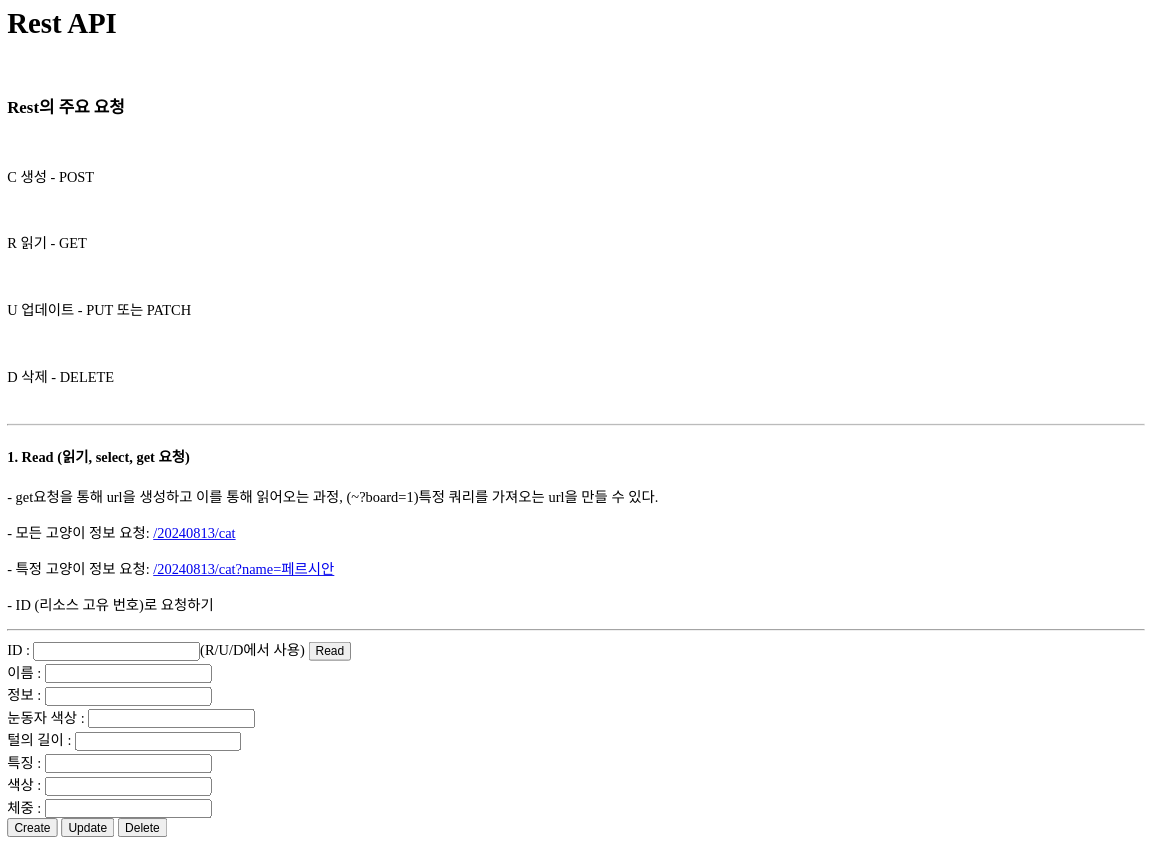
Repository: bus94/fullstack_part4
Page: http://localhost/20240813/WEB-INF/views/home.jsp
An editor plug-in stored every save of this project. The page is shown before and after the next save, followed by the edit.
The browser window is 1280 px wide. The pictures show the whole page, at 90% of full size.
The page is served by Tomcat 9. Nobody is signed in. Other server files are loaded and not shown. The template is opened directly, without the code that normally fills it, so the values that code supplies are empty.

Above is the page before, as saved 2024-08-13 02:46:41.

### 20240813/src/main/webapp/WEB-INF/views/home.jsp
<%@ page language="java" contentType="text/html; charset=UTF-8"
	pageEncoding="UTF-8"%>
<%@ page session="false"%>

<%@ taglib prefix="c" uri="http://java.sun.com/jsp/jstl/core"%>
<%@ taglib prefix="fn" uri="http://java.sun.com/jsp/jstl/functions"%>
<%@ taglib prefix="fmt" uri="http://java.sun.com/jsp/jstl/fmt"%>
<c:set var="path" value="${pageContext.request.contextPath }" />
<html>
<head>
<title>Home</title>
<script src="https://code.jquery.com/jquery-3.6.0.js"></script>
</head>
<body>
	<h1>Rest API</h1>
	<br>
	<h3>Rest의 주요 요청</h3>
	<br>
	<p>C 생성 - POST</p>
	<br>
	<p>R 읽기 - GET</p>
	<br>
	<p>U 업데이트 - PUT 또는 PATCH</p>
	<br>
	<p>D 삭제 - DELETE</p>
	<br>
	<hr>

	<h4>1. Read (읽기, select, get 요청)</h4>
	<p>- get요청을 통해 url을 생성하고 이를 통해 읽어오는 과정, (~?board=1)특정 쿼리를 가져오는 url을
		만들 수 있다.</p>
	<p>
		- 모든 고양이 정보 요청: <a href="${path}/cat">${path}/cat</a>
	</p>
	<p>
		- 특정 고양이 정보 요청: <a href="${path}/cat?name=페르시안">${path}/cat?name=페르시안</a>
	</p>
	<p>
		- ID (리소스 고유 번호)로 요청하기 <a href="${path}/cat/1"></a>
	</p>

	<hr>

	ID :
	<input type="text" id='id'>(R/U/D에서 사용)
	<button id="readRequest">Read</button>
	<br> 이름 :
	<input type="text" id="name">
	<br> 정보 :
	<input type="text" id="info">
	<br> 눈동자 색상 :
	<input type="text" id="eyeColor">
	<br> 털의 길이 :
	<input type="text" id="hairLength">
	<br> 특징 :
	<input type="text" id="features">
	<br> 색상 :
	<input type="text" id="color">
	<br> 체중 :
	<input type="text" id="weight">
	<br>
	<button id="createRequest">Create</button>
	<button id="updateRequest">Update</button>
	<button id="deleteRequest">Delete</button>
	<div id="div1"></div>

	<script>
		$('#readRequest').click(() => {
			// input id값 가져오기
			let id = $('#id').val();
			$.ajax({
				method: 'get',
				url: '${path}/catWeb/' + id,
				contentType: 'application/json',
				dataType: 'json',
				success: (result)=>{
					alert('get 성공!!');
					$('#div1').html(JSON.stringify(result));
				},
				error: (e)=>{
					alert('전송 실패!!');
				}
			});
		});

		// create 버튼 클릭 시 실행
		$('#createRequest').click(() => {
			let name = $('#name').val();
			let info = $('#info').val();
			let eyeColor = $('#eyeColor').val();
			let hairLength = $('#hairLength').val();
			let features = $('#features').val();
			let color = $('#color').val();
			let weight = $('#weight').val();
			$.ajax({
				method: 'post',
				url: '${path}/catWeb/',
				contentType: 'application/json',
				dataType: 'json',
				data: JSON.stringify({name, info, eyeColor, hairLength, features, color, weight}),
				success: (result)=>{
					alert('create 성공!!');
					$('#div1').html(JSON.stringify(result));
				},
				error: (e)=>{
					alert('전송 실패!!');
				}
			});
		});
	</script>
</body>
</html>

After the next save:
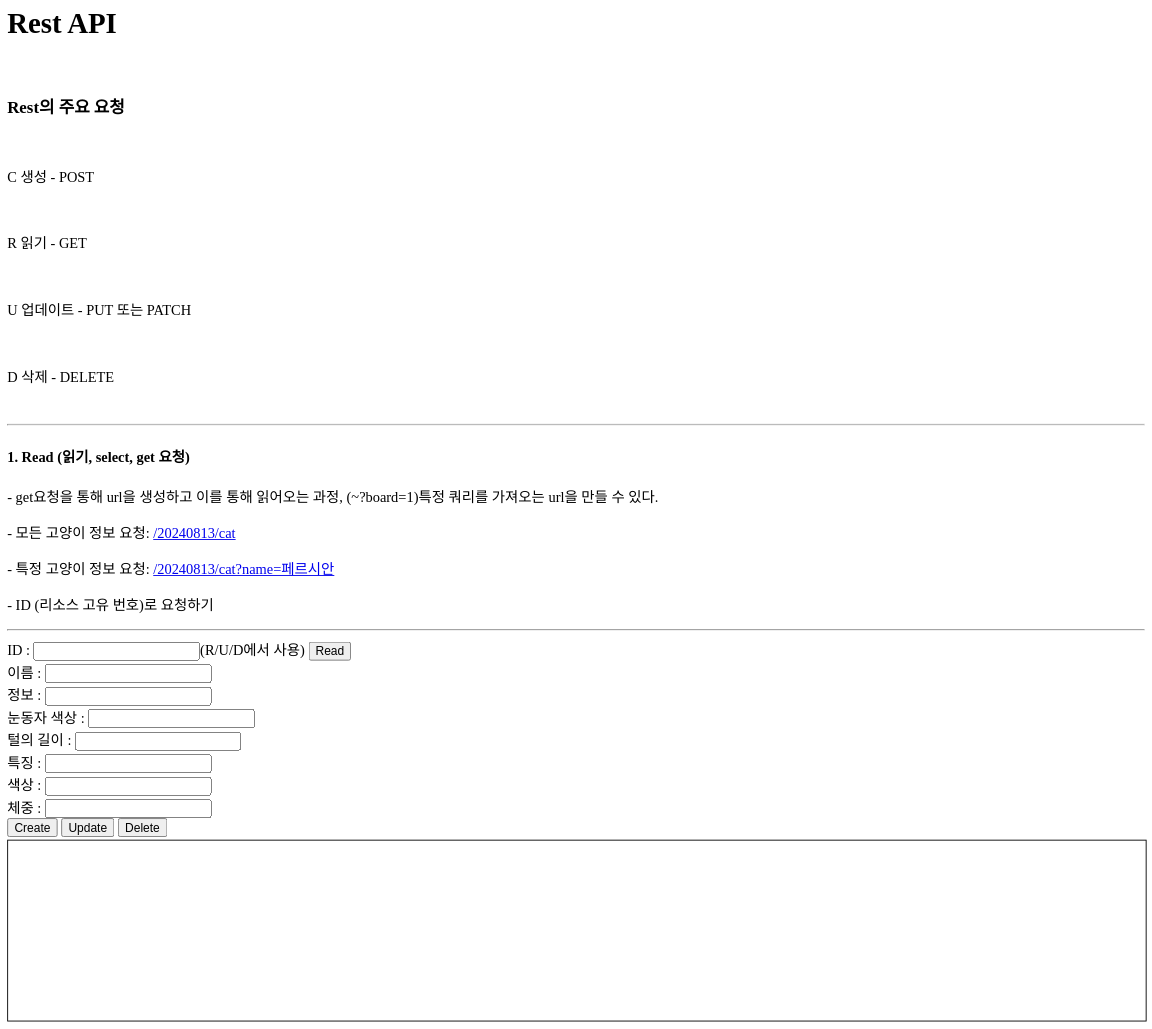
Saved 2 min 46 s later.
--- a/20240813/src/main/webapp/WEB-INF/views/home.jsp
+++ b/20240813/src/main/webapp/WEB-INF/views/home.jsp
@@ -9,7 +9,18 @@
 <html>
 <head>
 <title>Home</title>
-<script src="https://code.jquery.com/jquery-3.6.0.js"></script>
+<script src="https://code.jquery.com/jquery-3.7.1.min.js"
+	integrity="sha256-/JqT3SQfawRcv/BIHPThkBvs0OEvtFFmqPF/lYI/Cxo="
+	crossorigin="anonymous"></script>
+
+<style>
+#div1 {
+	height: 200px;
+	width: 100%;
+	border: 1px solid black;
+	margin-top: 3px;
+}
+</style>
 </head>
 <body>
 	<h1>Rest API</h1>
